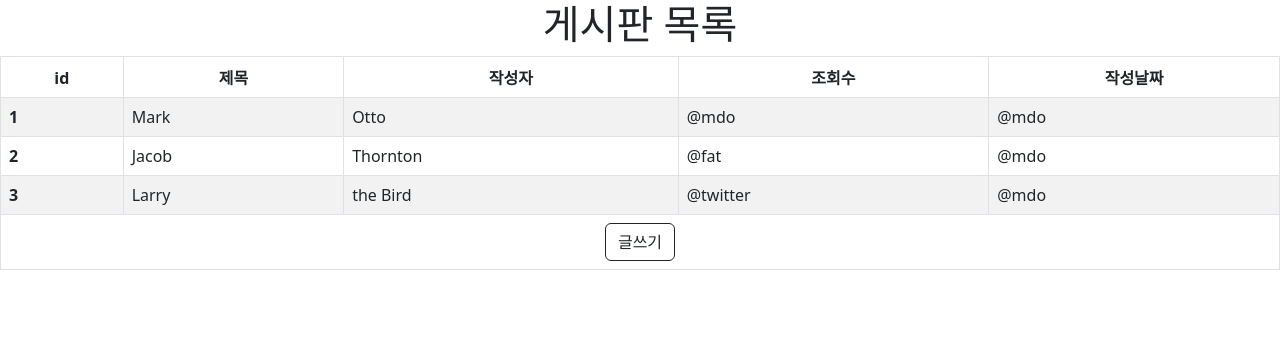
Repository: shbaksa/study
Page: http://localhost/mw_0615/boot/list.jsp
These files come from the project's save history. The page is drawn as it stood at one moment and after the next save; the edit follows.
The browser window is 1280 px wide. The pictures show the whole page.
The page is served by Tomcat 9.

Above is the page before, as saved 2022-06-15 00:26:32.

### mw_0615/src/main/webapp/boot/list.jsp
<%@ page language="java" contentType="text/html; charset=UTF-8"
    pageEncoding="UTF-8"%>
<html lang="en">
  <head>
    <meta charset="utf-8">
    <meta name="viewport" content="width=device-width, initial-scale=1">
    <title>Bootstrap demo</title>
    <link href="https://cdn.jsdelivr.net/npm/bootstrap@5.2.0-beta1/dist/css/bootstrap.min.css" rel="stylesheet" integrity="sha384-0evHe/X+R7YkIZDRvuzKMRqM+OrBnVFBL6DOitfPri4tjfHxaWutUpFmBp4vmVor" crossorigin="anonymous">
  </head>
  <body>
  <div> <h1 align="center"> 게시판 목록 </h1></div>
  <table class="table table-bordered table-striped" >
  <thead align="center">
    <tr>
      <th scope="col">id</th>
      <th scope="col">제목</th>
      <th scope="col">작성자</th>
      <th scope="col">조회수</th>
      <th scope="col">작성날짜</th>
    </tr>
  </thead>
  <tbody>
    <tr>
      <th scope="row">1</th>
      <td>Mark</td>
      <td>Otto</td>
      <td>@mdo</td>
      <td>@mdo</td>
    </tr>
    <tr>
      <th scope="row">2</th>
      <td>Jacob</td>
      <td>Thornton</td>
      <td>@fat</td>
      <td>@mdo</td>
    </tr>
    <tr>
      <th scope="row">3</th>
      <td>Larry</td>
      <td>the Bird</td>
      <td>@twitter</td>
      <td>@mdo</td>
    </tr>
  </tbody>
  <tfoot>
  <td colspan="5" align="center"><input class="btn btn-outline-dark" type="submit" value="글쓰기"></td>
  </tfoot>
</table>
    <script src="https://cdn.jsdelivr.net/npm/bootstrap@5.2.0-beta1/dist/js/bootstrap.bundle.min.js" integrity="sha384-pprn3073KE6tl6bjs2QrFaJGz5/SUsLqktiwsUTF55Jfv3qYSDhgCecCxMW52nD2" crossorigin="anonymous"></script>
  </body>
</html>

After the next save:
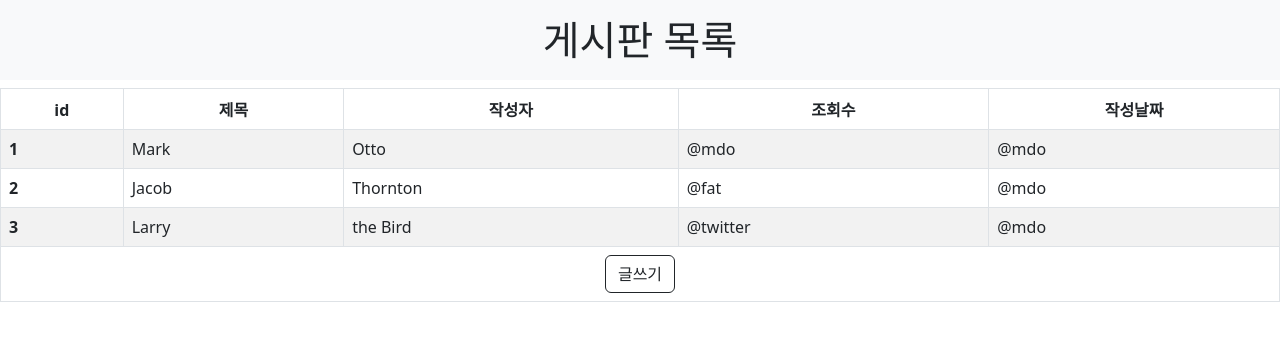
Saved 65 s later.
--- a/mw_0615/src/main/webapp/boot/list.jsp
+++ b/mw_0615/src/main/webapp/boot/list.jsp
@@ -8,7 +8,7 @@
     <link href="https://cdn.jsdelivr.net/npm/bootstrap@5.2.0-beta1/dist/css/bootstrap.min.css" rel="stylesheet" integrity="sha384-0evHe/X+R7YkIZDRvuzKMRqM+OrBnVFBL6DOitfPri4tjfHxaWutUpFmBp4vmVor" crossorigin="anonymous">
   </head>
   <body>
-  <div> <h1 align="center"> 게시판 목록 </h1></div>
+  <div> <h1 class="p-3 mb-2 bg-light text-dark" align="center"> 게시판 목록 </h1></div>
   <table class="table table-bordered table-striped" >
   <thead align="center">
     <tr>
